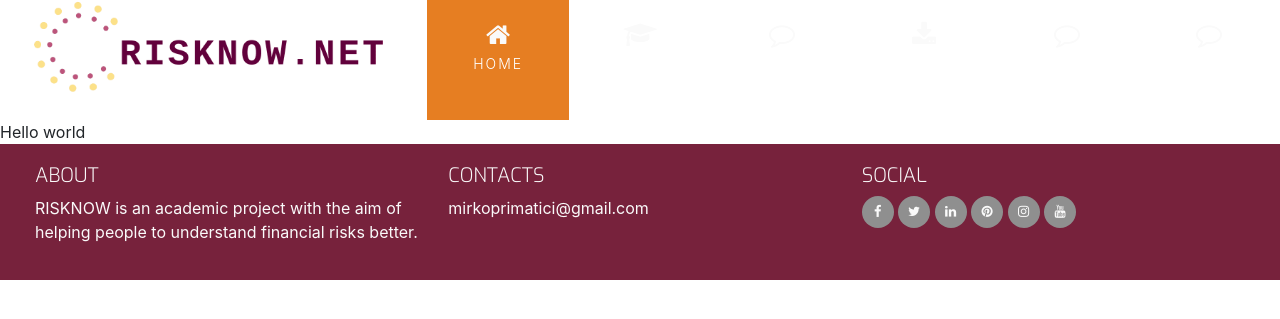
Repository: mirkoprimaticix/risknow.net
Page: index.html
The author's editor kept a record of every edit. The page is drawn from the files as they stood at one moment, then again after the next edit.
The browser window is 1280 px wide. The pictures show the whole page.
Some web libraries are served in a nearby version.

Above is the page before.
Console error: TypeError: Cannot read properties of undefined (reading 'fn')

### index.html
<!DOCTYPE html>
<html lang="en">
<head>
    <meta charset="UTF-8">
    <meta name="viewport" content="width=device-width, initial-scale=1.0">
    <meta http-equiv="X-UA-Compatible" content="ie=edge">
    <link rel="stylesheet" href="https://stackpath.bootstrapcdn.com/bootstrap/4.3.1/css/bootstrap.min.css" integrity="sha384-ggOyR0iXCbMQv3Xipma34MD+dH/1fQ784/j6cY/iJTQUOhcWr7x9JvoRxT2MZw1T" crossorigin="anonymous">
    <script src="https://stackpath.bootstrapcdn.com/bootstrap/4.3.1/js/bootstrap.min.js" integrity="sha384-JjSmVgyd0p3pXB1rRibZUAYoIIy6OrQ6VrjIEaFf/nJGzIxFDsf4x0xIM+B07jRM" crossorigin="anonymous"></script>
    <link rel="stylesheet" href="https://stackpath.bootstrapcdn.com/font-awesome/4.7.0/css/font-awesome.min.css" type="text/css" />
    <link rel="stylesheet" href="https://cdnjs.cloudflare.com/ajax/libs/hover.css/2.1.1/css/hover-min.css" type="text/css" />
    <link rel="stylesheet" href="assets/css/style.css" type="text/css" />
    <title>RISKNOW</title>
</head>
<body>
    <header>
        <div class = "row no-gutters">
            <a href="index.html" class = "col-md-4 logo">

            </a>
            <div class="col-md-8">
                <div class="row no-gutters">
                    <div class="col">
                        <ul id="nav" class="list-inline menucontainer">
                            <li class="col-6 col-sm-2 list-inline-item ui-menu-color-home menuitem">
                                <a href="index.html" class="hvr-sweep-to-bottom"><i class="fa fa-home" aria-hidden="true"></i><span>Home</span></a>
                            </li>
                            <li class="col-6 col-sm-2 list-inline-item ui-menu-color-resume menuitem">
                                <a href="resume.html" class="hvr-sweep-to-bottom"><i class="fa fa-graduation-cap" aria-hidden="true"></i><span>Financial Risks</span></a>
                            </li>
                            <li class="col-6 col-sm-2 list-inline-item ui-menu-color-contact menuitem">
                                <a href="contact.html" class="hvr-sweep-to-bottom"><i class="fa fa-comment-o" aria-hidden="true"></i><span>Operational Risks</span></a>
                            </li>
                            <li class="col-6 col-sm-2 list-inline-item ui-menu-color-download menuitem">
                                <a href="assets/cv/cv-mirko.pdf" target="_blank" class="hvr-sweep-to-bottom"><i class="fa fa-download" aria-hidden="true"></i><span>Event Risks</span></a>
                            </li>
                            <li class="col-6 col-sm-2 list-inline-item ui-menu-color-contact menuitem">
                                <a href="contact.html" class="hvr-sweep-to-bottom"><i class="fa fa-comment-o" aria-hidden="true"></i><span>Market Risks</span></a>
                            </li>
                            <li class="col-6 col-sm-2 list-inline-item ui-menu-color-contact menuitem">
                                <a href="contact.html" class="hvr-sweep-to-bottom"><i class="fa fa-comment-o" aria-hidden="true"></i><span>Risk Tolerance</span></a>
                            </li>
                        </ul>
                    </div>
                </div>
            </div>
        </div>
    </header>

    <section>
        Hello world
    </section>



    <footer class="container-fluid">
        <div id="footer-details" class="row">
            <div class="col-sm-4">
                <h5 class="uppercase general-sub">About</h5>
                <p class="inline-block">
                    RISKNOW is an academic project with the aim of helping people to understand financial risks better.
                </p>
            </div>
            <div class="col-sm-4">
                <h5 class="uppercase general-sub">Contacts</h5>
                <p class="inline-block">
                    mirkoprimatici@gmail.com
                </p>
            </div>
            <div class="col-sm-4">
                <h5 class="uppercase general-sub">Social</h5>
                <ul class="list-inline social-links">
                    <li class="list-inline-item">
                        <a target="_blank" href="#">
                            <i class="fa fa-facebook" aria-hidden="true"></i>
                            <span class="sr-only">Facebook</span>
                        </a>
                    </li>
                    <li class="list-inline-item">
                        <a target="_blank" href="#">
                            <i class="fa fa-twitter" aria-hidden="true"></i>
                            <span class="sr-only">Twitter</span>
                        </a>
                    </li>
                    <li class="list-inline-item">
                        <a target="_blank" href="#">
                            <i class="fa fa-linkedin" aria-hidden="true"></i>
                            <span class="sr-only">LinkedIn</span>
                        </a>
                    </li>
                    <li class="list-inline-item">
                        <a target="_blank" href="#">
                            <i class="fa fa-pinterest" aria-hidden="true"></i>
                            <span class="sr-only">Pinterest</span>
                        </a>
                    </li>
                    <li class="list-inline-item">
                        <a target="_blank" href="#">
                            <i class="fa fa-instagram" aria-hidden="true"></i>
                            <span class="sr-only">Instagram</span>
                        </a>
                    </li>
                    <li class="list-inline-item">
                        <a target="_blank" href="#">
                            <i class="fa fa-youtube" aria-hidden="true"></i>
                            <span class="sr-only">YouTube</span>
                        </a>
                    </li>
                </ul>
            </div>
        </div>
    </footer>
</body>
</html>

### assets/css/style.css
@import url('https://fonts.googleapis.com/css?family=Roboto:100,200,300,400,500,600,700|Exo:100,200,300,400,500,600,700');

/*--------------------------------------------Colors*/

.bg-color-name-title {
    background-color: #676767;
}

.bg-color-three-reasons {
    background-color: #fff;
}

.bg-color-personal-info {
    background-color: #f4f4f4;
}

.bg-color-work-history {
    background-color: #9b59b6;
}

.bg-color-contact {
    background-color: #fff;
}

.ui-menu-color-home {
    background-color: #e67e22;
}

.ui-menu-color-fr {
    background-color: #9b59b6;
}

.ui-menu-color-or {
    background-color: #3498db;
}

.ui-menu-color-er {
    background-color: #56C780;
}

.ui-menu-color-mr {
    background-color: #EBE66B;
}

.ui-menu-color-rt {
    background-color: #525252;
}

.row-table {
    display: table;
}

.section-column {
    display: table-cell;
    padding: 0 30px 30px;
    float: none;
}

.section-heading {
    font-family: "Exo", sans-serif;
    font-weight: 300;
    margin-top: 25px;
    margin-bottom: 40px;
}

/* ----------------------------------------Special paddings/margins/text */

h1,
h2,
h3,
h4 {
    margin: 0;
}

.uppercase {
    text-transform: uppercase;
}

.general-sub {
    font-family: "Exo", sans-serif;
    font-weight: 300;
    color: #fafafa;
}

.inline-block {
    display: inline-block;
}

.row-table {
    display: table;
}

.section-column {
    display: table-cell;
    padding: 0 30px 30px;
    float: none;
}

.history-heading,
.section-heading {
    font-family: "Exo", sans-serif;
    font-weight: 300;
    margin-top: 25px;
    margin-bottom: 40px;
}

/*--------------------------------------------Heading*/

header {
    margin: 0;
}

.heading {
    margin-left: 50px;
}


.logo {
    background: url("../images/logo.png");
    background-position: center;
    background-repeat: no-repeat;
    background-size: cover;
    min-height: 120px;
    transition: all .5s ease-in-out;
    -moz-transition: all .5s ease-in-out;
    -webkit-transition: all .5s ease-in-out;
}

.name {
    font-family: "Exo", sans-serif;
    font-weight: 100;
    font-size: 46px;
    margin-top: 50px;
    color: #fff;
}

.title {
    font-family: "Roboto", sans-serif;
    font-weight: 200;
    font-size: 28px;
    margin-top: 20px;
    margin-bottom: 90px;
    color: #fff;
}

.list-inline-item:not(:last-child) {
    margin: 0;
}

.menucontainer {
    font-size: 0;
}

#nav li {
    font-size: 14px;
    padding: 0;
}

#nav {
    margin: 0;
}

.menuitem {
    height: 120px;
    text-align: center;
    padding: 0;
}

.menuitem a {
    width: 100%;
    text-decoration: none;
    color: #fff;
    height: 120px;
}

.menuitem a i {
    padding-top: 22px;
    display: block;
    color: #fafafa;
    font-size: 26px;
}

.menuitem span {
    display: block;
    width: 100%;
    padding-top: 5px;
    text-align: center;
    text-transform: uppercase;
    font-size: 14px;
    font-weight: 300;
    letter-spacing: 2px;
}

/*--------------------------------------------Hover.css*/

.hvr-sweep-to-bottom:before {
    background: rgba(0, 0, 0, 0.2);
    height: 120px;
}

/* ----------------------------------------Footer */

footer {
    background-color: #77223C;
    color: #fafafa;
    min-height: 120px;
    margin: 0;
}

.social-links {
    padding-bottom: 15px;
}

.social-links li a i {
    width: 32px;
    height: 32px;
    padding: 12px 0;
    border-radius: 50%;
    font-size: 13px;
    line-height: 7px;
    text-align: center;
    color: #fafafa;
    background: #8f8f8f;
    transition: all 0.35s ease-in-out;
    -moz-transition: all 0.35s ease-in-out;
    -webkit-transition: all 0.35s ease-in-out;
    -o-transition: all 0.35s ease-in-out;
}

.social-links li a i:hover {
    background: #A4FFFA;
}

#footer-details {
    padding: 20px;
}

/* ----------------------------------------Three Reasons */

.three-reasons-icon {
    font-size: 26px;
    color: #e67e22;
}

.three-reasons-heading {
    margin-bottom: 15px;
}

/* ----------------------------------------Personal Info */

.personal-info-item {
    margin-bottom: 20px;
    display: block;
    clear: both;
}

.personal-info-item .key,
.personal-info-item .value {
    padding-right: 8px;
    display: inline-block;
}

.personal-info-item .key p,
.personal-info-item .value p {
    margin: 0;
}

.personal-info-item .key {
    width: 30%;
    margin-right: 21px;
    padding-top: 2px;
    vertical-align: top;
}

.personal-info-item .key p {
    font-weight: 700;
}

.personal-info-item .value {
    position: relative;
    width: 60%;
}

/* ----------------------------------------Skills */

.progress {
    position: relative;
    height: 25px;
    margin-bottom: 4px;
}

.progress-type {
    position: absolute;
    left: 0px;
    font-weight: 400;
    padding: 3px 30px 2px 10px;
    color: #fafafa;
    background-color: rgba(25, 25, 25, 0.2);
}

.progress-section {
    margin: 40px 20px;
}

/* ----------------------------------------Work History */

.history-heading {
    color: #fafafa;
    margin-bottom: 50px;
}

.timeline-item {
    padding: 4em 2em 0em 2em;
    position: relative;
    color: #fafafa;
    border-left: 1px solid;
}

.timeline-item p {
    padding: 0;
    margin: 0;
}

.timeline-item:before {
    content: attr(data-dates);
    position: absolute;
    left: 2.5em;
    top: 3em;
    display: block;
    font-family: "Exo", sans-serif;
    font-weight: 500;
    font-size: 0.8em;
    padding: 0;
    margin: 0;
}

.timeline-item:after {
    width: 12px;
    height: 12px;
    display: block;
    top: 2.4em;
    position: absolute;
    left: -6px;
    border-radius: 12px;
    content: '';
    background: #fafafa;
}

.history-items {
    margin-bottom: 30px;
}

/* ----------------------------------------Contact Form */

.contact-heading {
    font-family: "Exo", sans-serif;
    font-weight: 300;
    margin-top: 25px;
    margin-bottom: 20px;
}

.center-form {
    padding-top: 10px;
    margin: 0 auto;
    max-width: 70%;
}

button[type="submit"] {
    margin-top: 15px;
    margin-bottom: 20px;
    color: #fafafa;
    background-color: #e84610;
}

/* ----------------------------------------Media Queries */

@media(min-width: 992px) {
    .center-form {
        padding-top: 30px;
        min-height: 240px;
        margin: 0 auto;
        max-width: 50%;
    }
}

After the next edit:
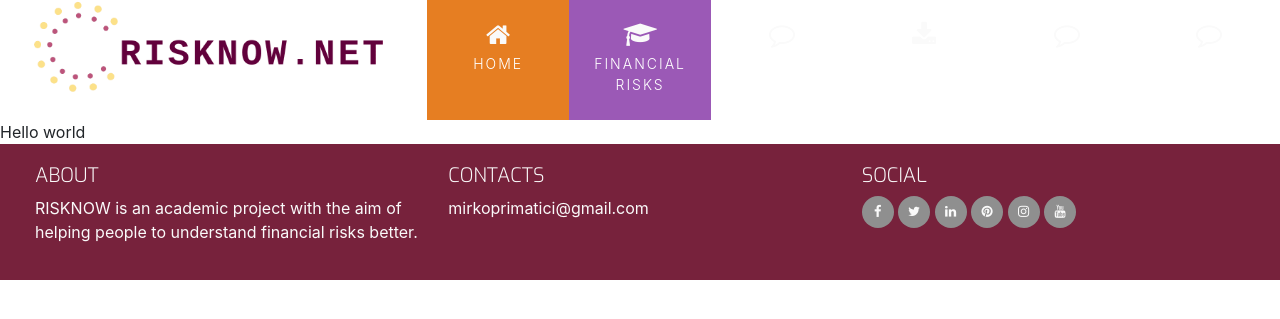
The edit:
--- a/index.html
+++ b/index.html
@@ -24,7 +24,7 @@
                             <li class="col-6 col-sm-2 list-inline-item ui-menu-color-home menuitem">
                                 <a href="index.html" class="hvr-sweep-to-bottom"><i class="fa fa-home" aria-hidden="true"></i><span>Home</span></a>
                             </li>
-                            <li class="col-6 col-sm-2 list-inline-item ui-menu-color-resume menuitem">
+                            <li class="col-6 col-sm-2 list-inline-item ui-menu-color-fr menuitem">
                                 <a href="resume.html" class="hvr-sweep-to-bottom"><i class="fa fa-graduation-cap" aria-hidden="true"></i><span>Financial Risks</span></a>
                             </li>
                             <li class="col-6 col-sm-2 list-inline-item ui-menu-color-contact menuitem">
